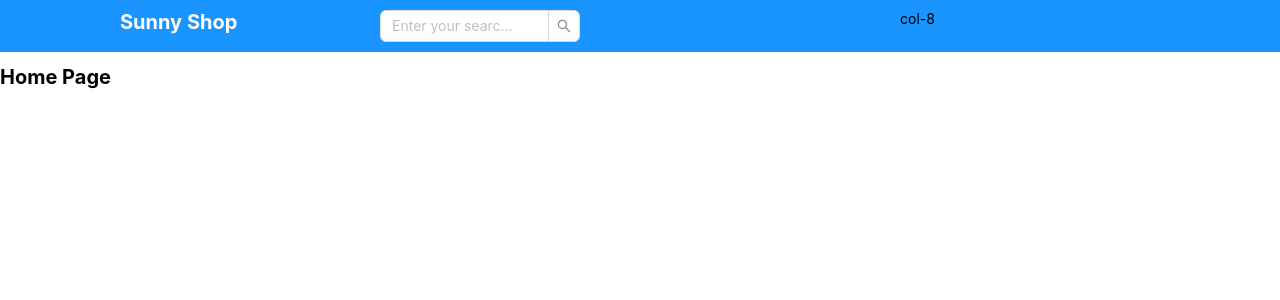
Repository: manhhieu120499/E-Commerce
Page: /
The author's editor kept a copy of each file at every save. The page is drawn from the files as they stood at one save, then again after the next save.
The browser window is 1280 px wide. The pictures show the whole page.
The project was rebuilt for these pictures with package versions that can differ from the ones it lists, and the page was loaded fresh each time. Also part of the build but not shown: src/pages/product/Product.js, src/pages/order/Order.js, src/pages/notFound/NotFound.js, src/layouts/NormalLayout/NormalLayout.js.

Above is the page before, as saved 2024-12-31 18:13:28.

After the next save:
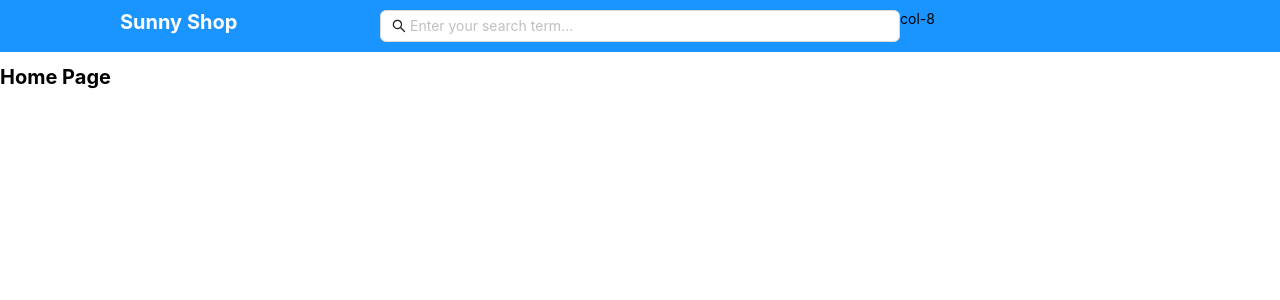
Saved 92 s later.
--- a/src/components/Header/Header.js
+++ b/src/components/Header/Header.js
@@ -1,7 +1,6 @@
-import { Col, Row, Input } from "antd";
+import { Col, Row } from "antd";
 import { WrapperRow, WrapperSpan } from "./HeaderStyle";
-
-const { Search } = Input;
+import Search from "antd/es/transfer/search";
 
 export default function Header({ children }) {
   return (
